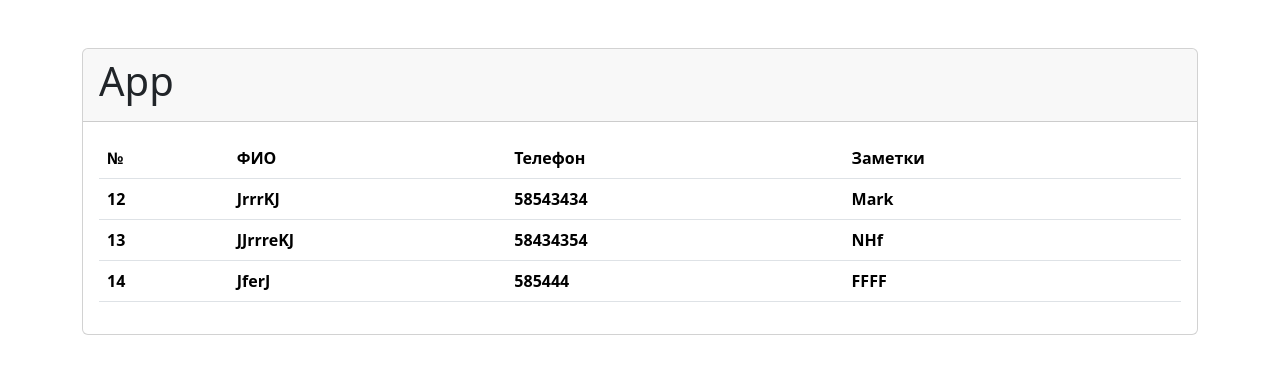
Repository: tatacheba/appstepikjavareact
Page: / (app in client/)
These files come from the project's save history. The page is drawn as it stood at one moment and after a run of saves; the edit follows.
The browser window is 1280 px wide. The pictures show the whole page.
The project was rebuilt for these pictures with package versions that can differ from the ones it lists, and the page was loaded fresh each time. Also part of the build but not shown: client/src/App.css.

Above is the page before, as saved 2024-11-25 16:55:40.

After the next 3 saves:
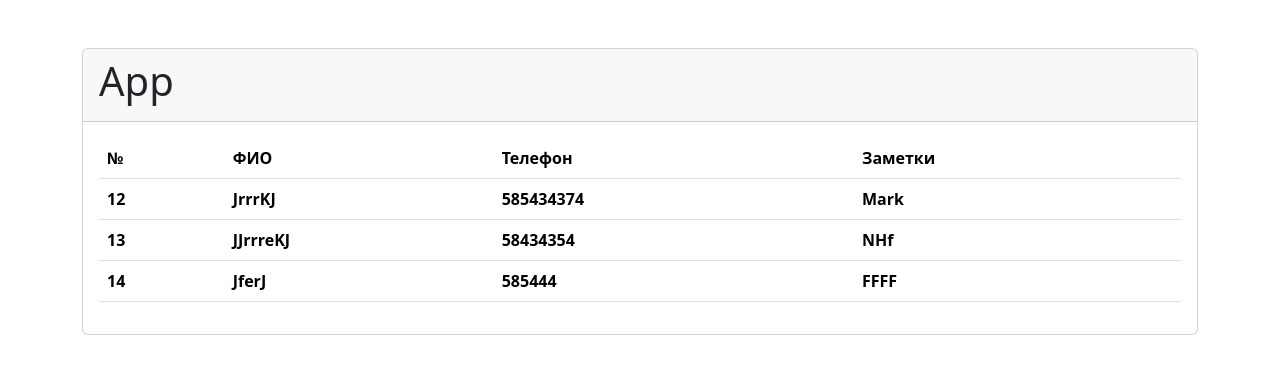
The 3 saves are shown as one change because 2 did not build or start.
The last was saved 4 min 14 s later.
--- a/client/src/layouts/tableView/TablewView.js
+++ b/client/src/layouts/tableView/TablewView.js
@@ -3,7 +3,7 @@ import TableRowItem from "./TableRowItem";
 
 const TablewView = () => {
     const data = [
-        { id: 12, fullName: "JrrrKJ", phone: 58543434, notes: "Mark" },
+        { id: 12, fullName: "JrrrKJ", phone: 585434374, notes: "Mark" },
         { id: 13, fullName: "JJrrreKJ", phone: 58434354, notes: "NHf" },
         { id: 14, fullName: "JferJ", phone: 585444, notes: "FFFF" },
     ];
